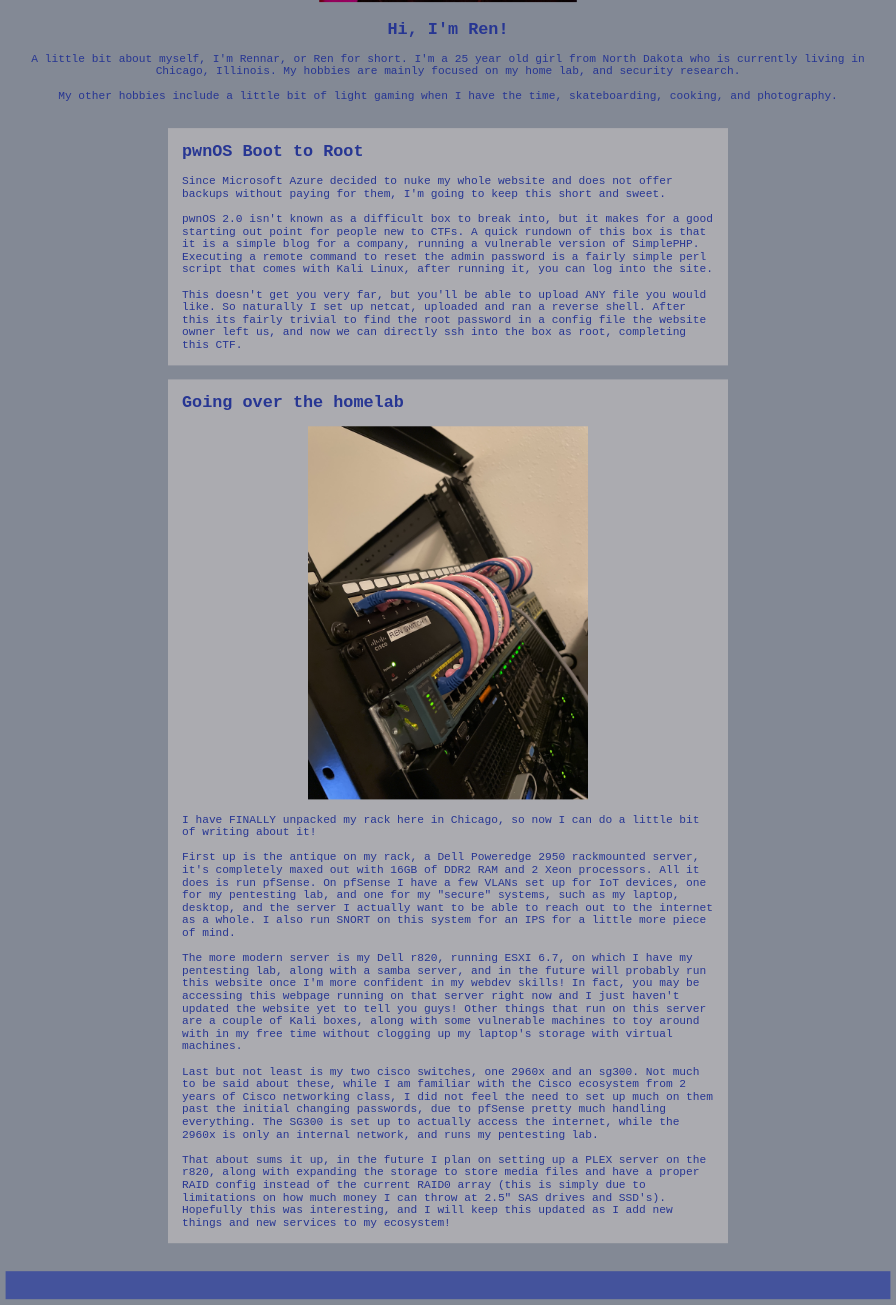
Repository: RennarDeer/RenDev
Page: index.html
An editor plug-in stored every save of this project. The page is shown before and after the next save, followed by the edit.
The browser window is 1280 px wide. The pictures show the part of the page from y = 500 to 2420 px (the page is 2364 px tall before and 2570 px after), at 70% of full size.

Above is the page before, as saved 2023-02-14 22:36:21.

### index.html
<!DOCTYPE html>
<html>
  <head>
    <title>Rennar's Website</title>
    <link rel="stylesheet" type="text/css" href="style.css">
  </head>
  <body>
    <header>
      <h1>Ren's Dumb Website</h1>

    </header>
     <!-- "About" section -->
     <section id="about" class="intro">
        <!--Replace with your own image-->
        <center><img src="renpic.JPG"
            alt="RennarPicture" height=375px;>
        <h2 class="section-title">Hi, I'm Ren!</h2>
        <p>
            A little bit about myself, I'm Rennar, or Ren for short. I'm a 25 year old girl from North Dakota
            who is currently living in Chicago, Illinois. My hobbies are mainly focused on my home lab, and security research.
            <br><br>
            My other hobbies include a little bit of light gaming when I have the time, skateboarding, cooking, and photography.</center>
	</p>
    </section>
    <main>
      <article>
        <h2>pwnOS Boot to Root</h2>

        Since Microsoft Azure decided to nuke my whole website and does not offer backups without
        paying for them, I'm going to keep this short and sweet.

            <br><br>

        pwnOS 2.0 isn't known as a difficult box to break into, but it makes for a good starting out
        point for people new to CTFs. A quick rundown of this box is that it is a simple blog for a
        company, running a vulnerable version of SimplePHP. Executing a remote command to reset
        the admin password is a fairly simple perl script that comes with Kali Linux, after running it,
        you can log into the site.

            <br><br>

        This doesn't get you very far, but you'll be able to upload ANY file
        you would like. So naturally I set up netcat, uploaded and ran a reverse shell. After this its
        fairly trivial to find the root password in a config file the website owner left us, and now
        we can directly ssh into the box as root, completing this CTF.
      </article>
      <article>
        <h2>Going over the homelab</h2>
                        <left><img src="rackpic.JPG" alt="RensRack"></left>

                        I have FINALLY unpacked my rack here in Chicago, so now I can do a little bit of writing about it!

                            <br><br>


                        First up is the antique on my rack, a Dell Poweredge 2950 rackmounted server, it's completely
                        maxed out with 16GB of DDR2 RAM and 2 Xeon processors. All it does is run pfSense. On pfSense
                        I have a few VLANs set up for IoT devices, one for my pentesting lab, and one for my "secure"
                        systems, such as my laptop, desktop, and the server I actually want to be able to reach out
                        to the internet as a whole. I also run SNORT on this system for an IPS for a little more piece
                        of mind.

                            <br><br>

                        The more modern server is my Dell r820, running ESXI 6.7, on which I have my pentesting lab,
                        along with a samba server, and in the future will probably run this website once I'm more confident
                        in my webdev skills! In fact, you may be accessing this webpage running on that server right now and
                        I just haven't updated the website yet to tell you guys! Other things that run on this server are a
                        couple of Kali boxes, along with some vulnerable machines to toy around with in my free time without
                        clogging up my laptop's storage with virtual machines.

                            <br><br>

                        Last but not least is my two cisco switches, one 2960x and an sg300. Not much to be said about these,
                        while I am familiar with the Cisco ecosystem from 2 years of Cisco networking class, I did not feel
                        the need to set up much on them past the initial changing passwords, due to pfSense pretty much handling
                        everything. The SG300 is set up to actually access the internet, while the 2960x is only an internal
                        network, and runs my pentesting lab.

                            <br><br>

                        That about sums it up, in the future I plan on setting up a PLEX server on the r820, along with expanding
                        the storage to store media files and have a proper RAID config instead of the current RAID0 array (this is
                        simply due to limitations on how much money I can throw at 2.5" SAS drives and SSD's). Hopefully this was
                        interesting, and I will keep this updated as I add new things and new services to my ecosystem!

      </article>
    </main>
    <footer>
    </footer>
  </body>
</html>

### style.css
body {
    background-color: #838995;
    color: #273693;
    font-family: "Courier New", Courier, monospace;
    font-size: 16px;
  }

  header {
    background-color: #44539c;
    color: #ababb0;
    padding: 20px;
    display: flex;
    justify-content: space-between;
    align-items: center;
  }

  nav ul {
    list-style: none;
    margin: 0;
    padding: 0;
    display: flex;
  }

  nav ul li {
    margin: 0 10px;
  }

  nav ul li a {
    color: #ababb0;
    text-decoration: none;
  }

  main {
    max-width: 800px;
    margin: 0 auto;
    padding: 20px;
  }

  article {
    background-color: #ababb0;
    padding: 20px;
    margin-bottom: 20px;
  }

  article h2 {
    color: #273693;
    font-size: 24px;
    margin-top: 0;
  }

  article img {
    display: block;
    margin: 20px auto;
    width: 400px;
    height: auto;
  }

  footer {
    background-color: #44539c;
    color: #ababb0;
    padding: 20px;
    text-align: center;
  }

After the next save:
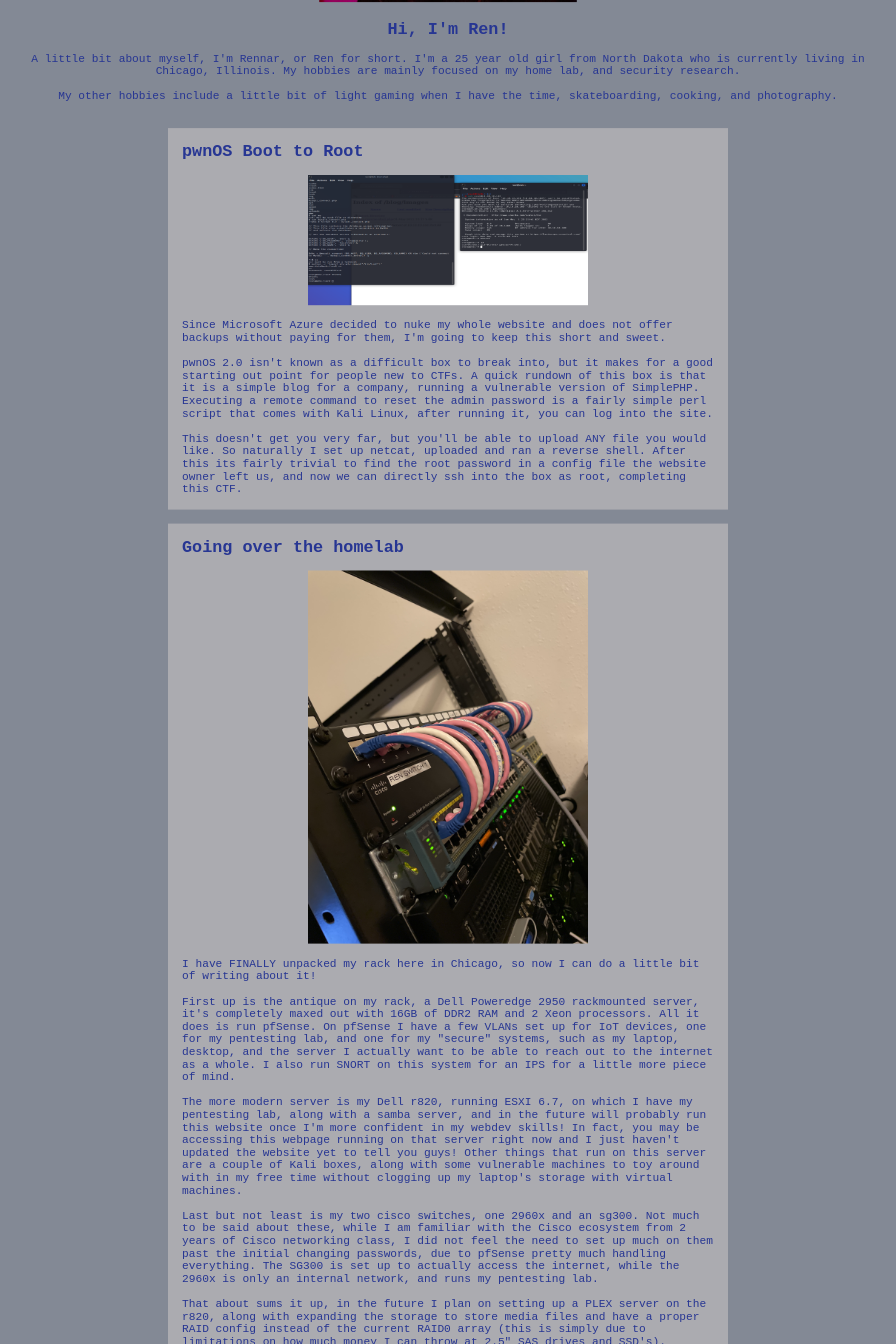
Saved 45 h 15 min later.
--- a/index.html
+++ b/index.html
@@ -25,6 +25,8 @@
     <main>
       <article>
         <h2>pwnOS Boot to Root</h2>
+
+        <img src="boot2root.png" alt="Boot2Root">
 
         Since Microsoft Azure decided to nuke my whole website and does not offer backups without
         paying for them, I'm going to keep this short and sweet.
